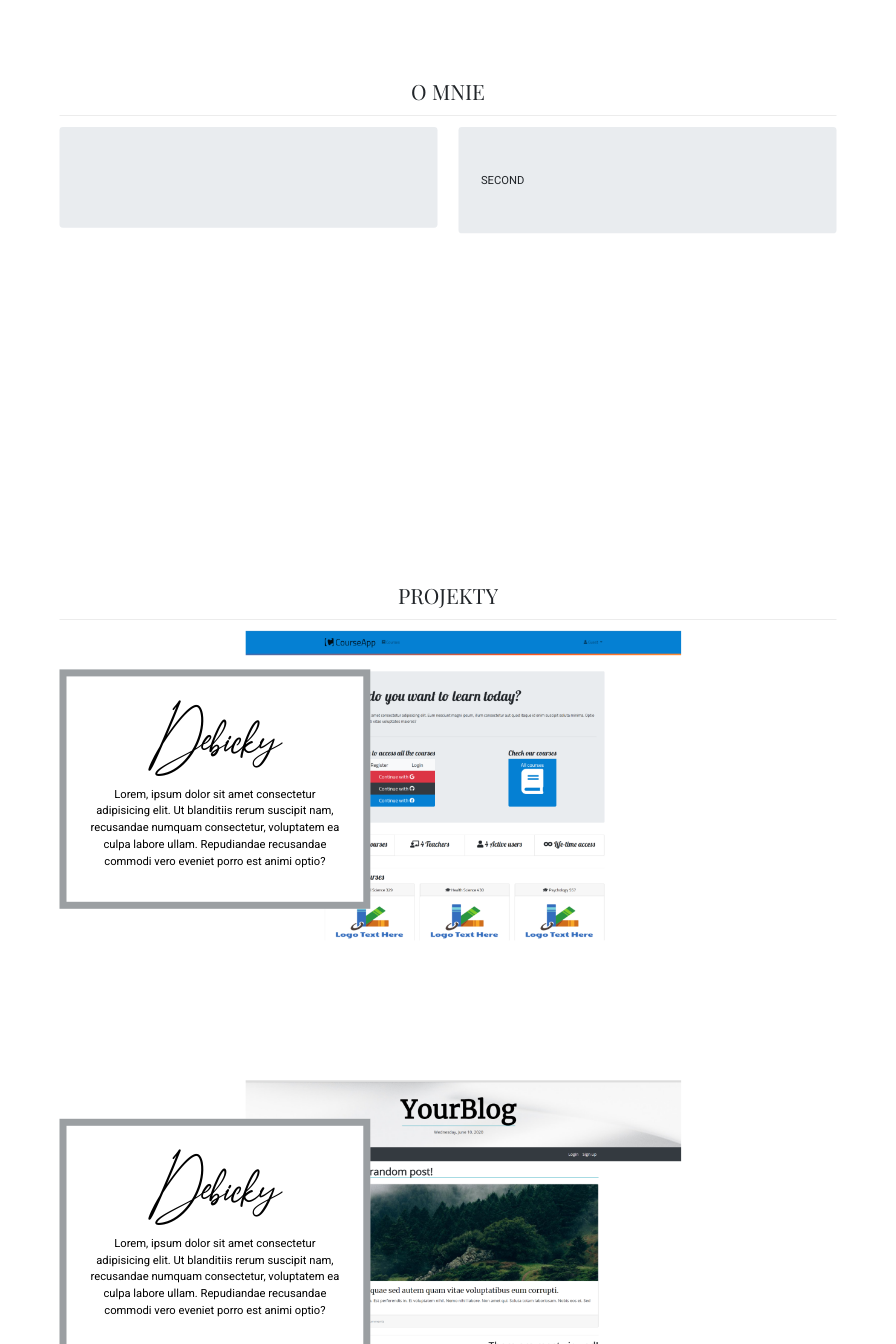
Repository: debicky/debicky.github.io
Page: index.html
An editor plug-in stored every save of this project. The page is shown before and after the next save, followed by the edit.
The browser window is 1280 px wide. The pictures show the part of the page from y = 656 to 2576 px (the page is 4287 px tall), at 70% of full size.
Some web libraries are served in a nearby version.

Above is the page before, as saved 2020-06-10 14:19:38.

After the next save:
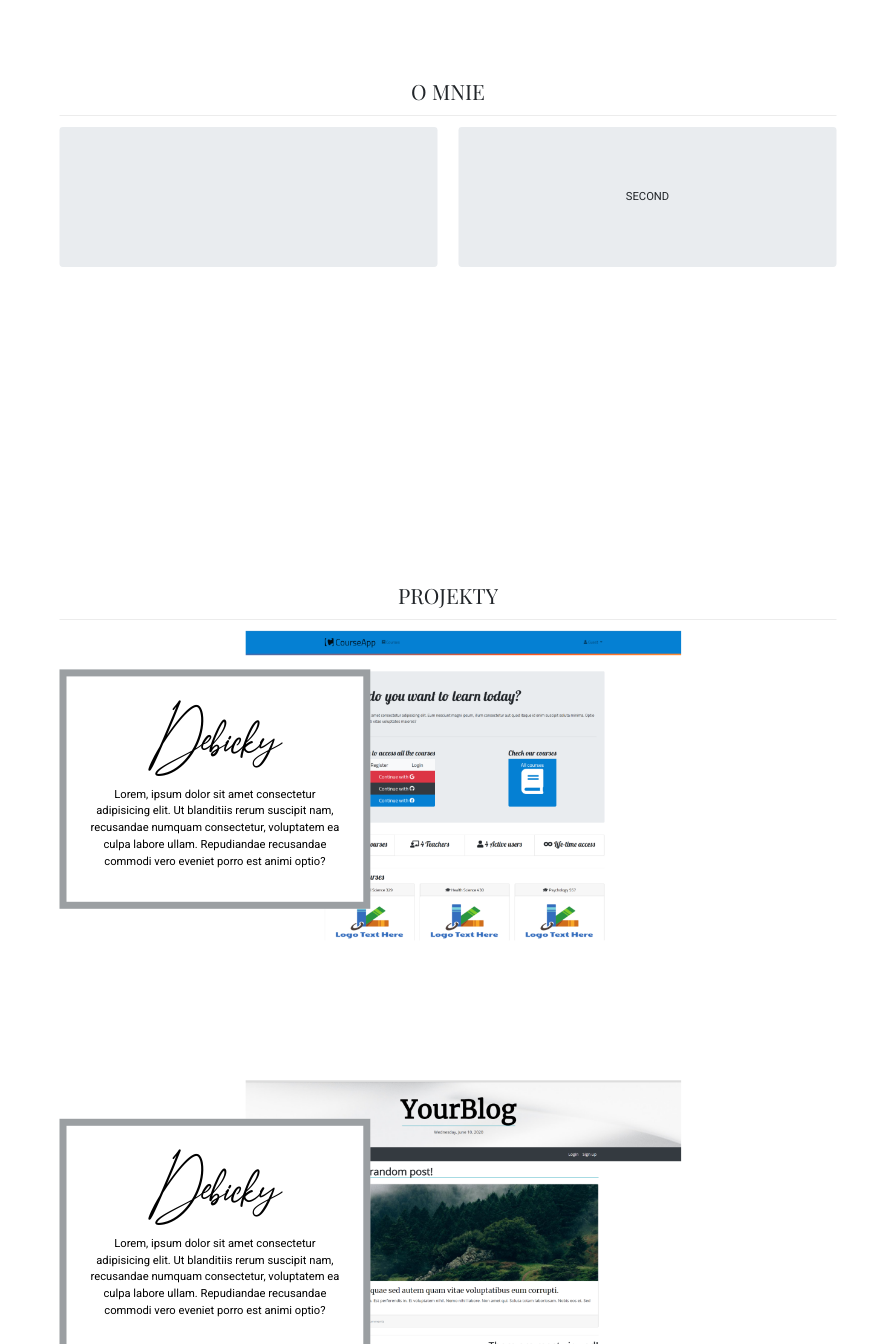
Saved 5 s later.
--- a/styles.css
+++ b/styles.css
@@ -152,7 +152,7 @@ section h1{
 }
 
 
-header{
+.jumbotron{
   height: 200px;
   width: 100%;
   display: flex;
